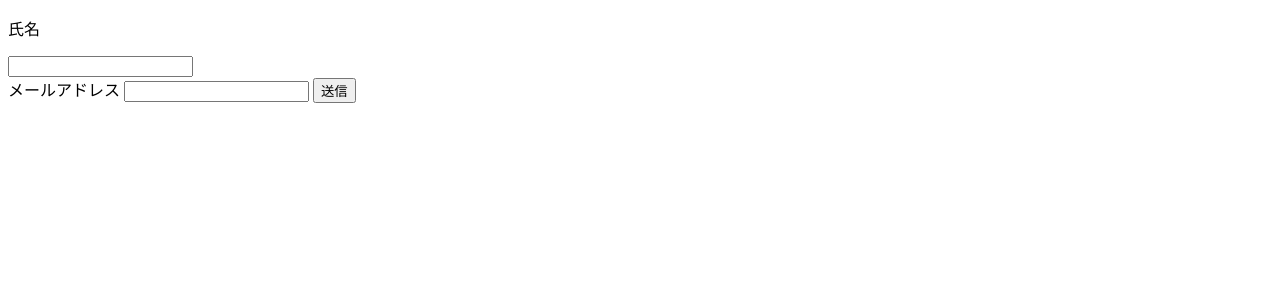
Repository: masanarimiura/20220618_miura
Page: http://localhost/
These files come from the project's save history. The page is drawn as it stood at one moment and after a run of saves; the edit follows.
The browser window is 1280 px wide. The pictures show the whole page.
The page is served by the project's Laravel application, run on PHP 8.4 with Laravel 8.

Above is the page before, as saved 2022-06-18 11:54:33.

After the next 6 saves:
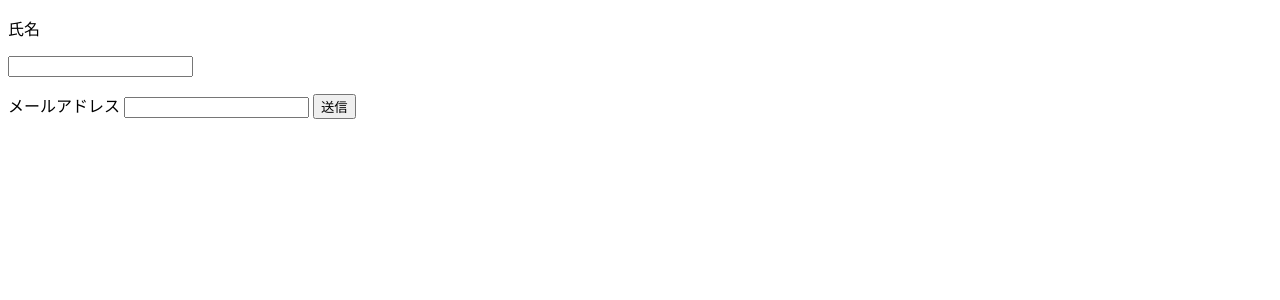
The 6 saves are shown as one change because they came seconds apart.
The last was saved 15 s later.
--- a/resources/views/index.blade.php
+++ b/resources/views/index.blade.php
@@ -21,10 +21,7 @@
     @csrf
         <p>氏名</p>
         <div><input type="text" name="name"></div>
-    </tr>
-    <tr>
-      <th>
-        メールアドレス
+        <p>メールアドレス
       </th>
       <td>
         <input type="email" name="email">
